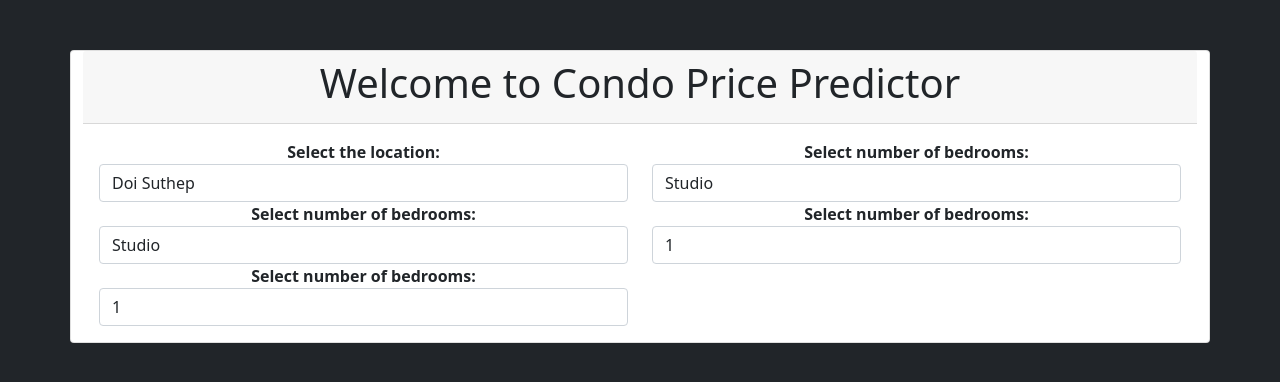
Repository: myothida/condoprice_CNX
Page: http://localhost/
These files come from the project's save history. The page is drawn as it stood at one moment and after the next save; the edit follows.
The browser window is 1280 px wide. The pictures show the whole page.
The page is served by the project's application, run on Flask 3 (main.py).

Above is the page before, as saved 2023-09-26 21:56:17.

After the next save:
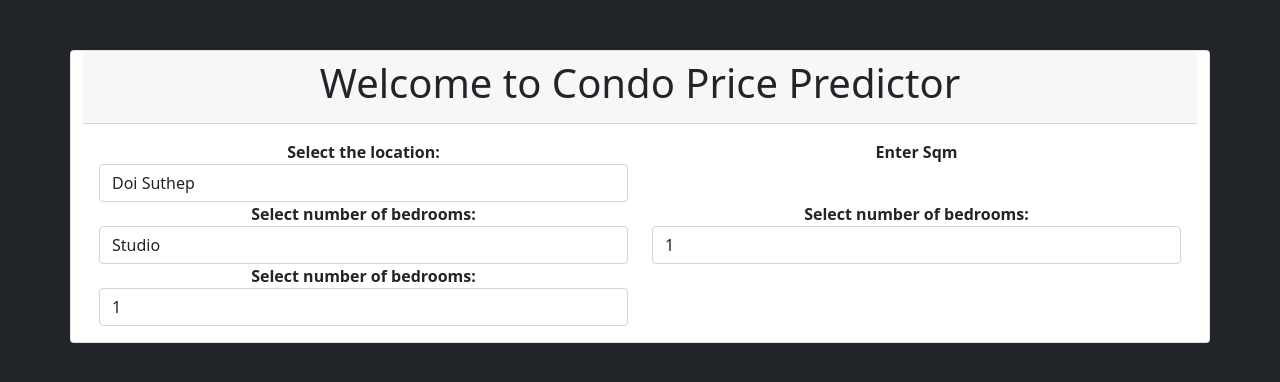
Saved 17 s later.
--- a/templates/index.html
+++ b/templates/index.html
@@ -42,18 +42,7 @@
                 </div>
 
                 <div class="col-md-6 form-group" style="text-align: center">
-                  <label><b> Select number of bedrooms: </b> </label>
-                  <select
-                    class="selectpicker form-control"
-                    id="bedrooms"
-                    name="bedrooms"
-                    require="1"
-                  >
-                    <option>Studio</option>
-                    <option>1</option>
-                    <option>2</option>
-                    <option>3</option>
-                  </select>
+                  <label><b> Enter Sqm </b> </label>
                 </div>
                 <div class="col-md-6 form-group" style="text-align: center">
                   <label><b> Select number of bedrooms: </b> </label>
